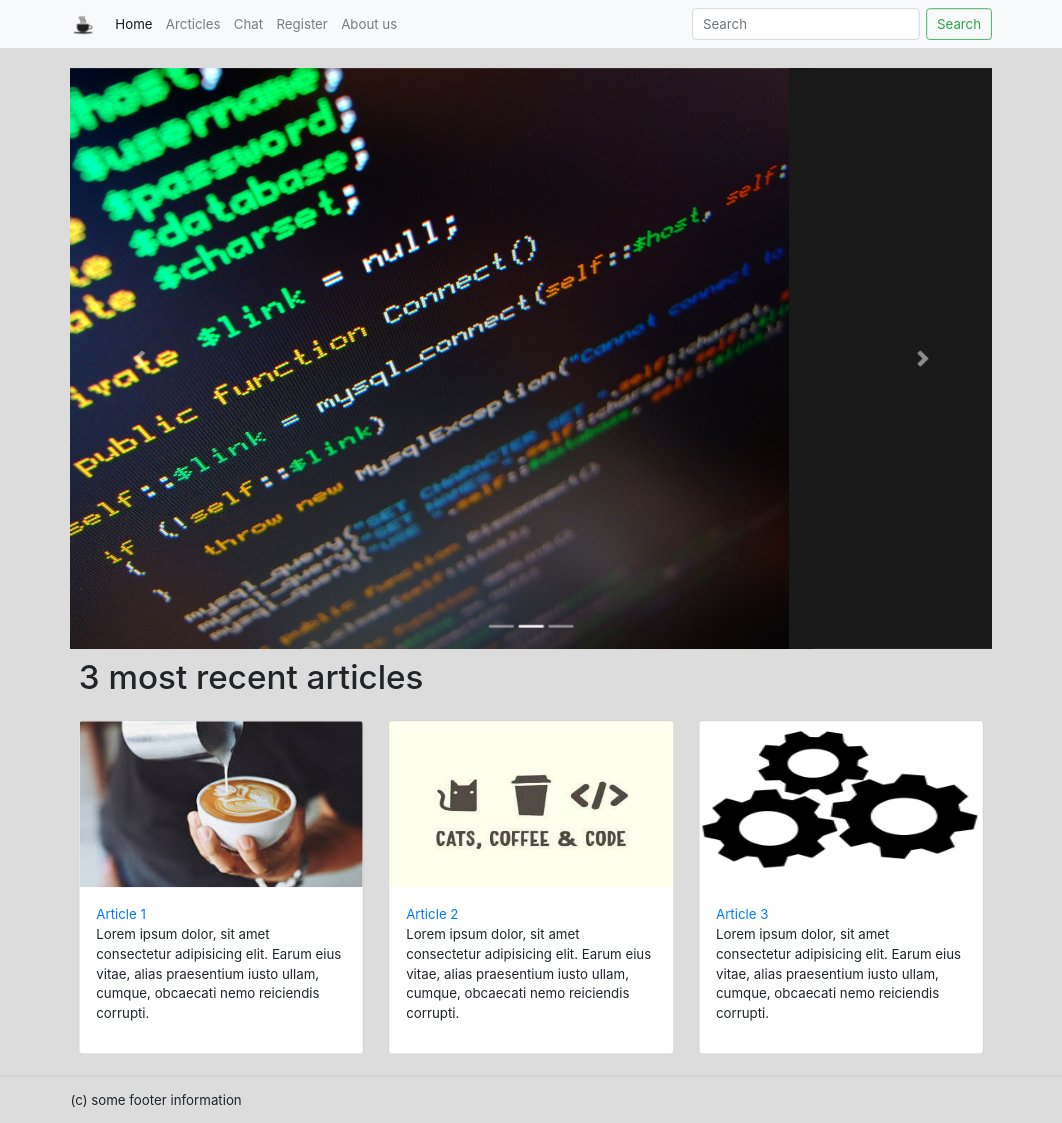
Repository: robertscirulis/galaDarbs
Page: index.html
An editor plug-in stored every save of this project. The page is shown before and after the next save, followed by the edit.
The browser window is 1280 px wide. The pictures show the whole page, at 83% of full size.

Above is the page before, as saved 2018-10-03 21:53:27.

### index.html
<!DOCTYPE html>
<html lang="en">

<head>
    <meta charset="UTF-8">
    <meta name="viewport" content="width=device-width, initial-scale=1.0">
    <meta http-equiv="X-UA-Compatible" content="ie=edge">
    <title>Coffe and cats!</title>
    <link rel="stylesheet" href="https://stackpath.bootstrapcdn.com/bootstrap/4.1.3/css/bootstrap.min.css" integrity="sha384-MCw98/SFnGE8fJT3GXwEOngsV7Zt27NXFoaoApmYm81iuXoPkFOJwJ8ERdknLPMO"
        crossorigin="anonymous">
    <link rel="stylesheet" href="css/style.css">
</head>

<body>

    <!-- Navbar -->
    <nav class="navbar navbar-expand-lg navbar-light bg-light">
        <div class="container padding">
            <a class="navbar-brand" href="index.html">
                <img src="images/Coffe cup logo.png" width="30" height="30" alt="Coffe cup logo">
            </a>

            <button class="navbar-toggler" type="button" data-toggle="collapse" data-target="#navbarSupportedContent" aria-controls="navbarSupportedContent"
                aria-expanded="false" aria-label="Toggle navigation">
                <span class="navbar-toggler-icon"></span>
            </button>

            <div class="collapse navbar-collapse" id="navbarSupportedContent">
                <ul class="navbar-nav mr-auto">
                    <li class="nav-item active">
                        <a class="nav-link" href="index.html">Home <span class="sr-only">(current)</span></a>
                    </li>
                    <li class="nav-item">
                        <a class="nav-link" href="articles.html">Arcticles</a>
                    </li>
                    <li class="nav-item">
                        <a class="nav-link" href="chat.html">Chat</a>
                    </li>
                    <li class="nav-item">
                        <a class="nav-link" href="register.html">Register</a>
                    </li>
                    <li class="nav-item">
                        <a class="nav-link" href="about.html">About us</a>
                    </li>

                </ul>
                <form class="form-inline my-2 my-lg-0">
                    <input class="form-control mr-sm-2" type="search" placeholder="Search" aria-label="Search">
                    <button class="btn btn-outline-success my-2 my-sm-0" type="submit">Search</button>
                </form>
            </div>
        </div>
    </nav>

    <br>

    <!-- Image carousel -->
    <div class="container padding">
        <div id="carouselExampleIndicators" class="carousel slide" data-ride="carousel">
            <ol class="carousel-indicators">
                <li data-target="#carouselExampleIndicators" data-slide-to="0" class="active"></li>
                <li data-target="#carouselExampleIndicators" data-slide-to="1"></li>
                <li data-target="#carouselExampleIndicators" data-slide-to="2"></li>
            </ol>
            <div class="carousel-inner">
                <div class="carousel-item active">
                    <img class="d-block" height="700px" width="1140px" src="images/Slider1.png" alt="First slide">
                </div>
                <div class="carousel-item">
                    <img class="d-block" height="700px" width="1140px" src="images/Slider2.png" alt="Second slide">
                </div>
                <div class="carousel-item">
                    <img class="d-block" height="700px" width="1140px" src="images/Slider3.png" alt="Third slide">
                </div>
            </div>
            <a class="carousel-control-prev" href="#carouselExampleIndicators" role="button" data-slide="prev">
                <span class="carousel-control-prev-icon" aria-hidden="true"></span>
                <span class="sr-only">Previous</span>
            </a>
            <a class="carousel-control-next" href="#carouselExampleIndicators" role="button" data-slide="next">
                <span class="carousel-control-next-icon" aria-hidden="true"></span>
                <span class="sr-only">Next</span>
            </a>
        </div>
    </div>

    <!-- Articles -->
    <div class="container padding">
        <div class="row articles">
            <div class="col-12">
                <h1>3 most recent articles</h1>
            </div>
        </div>
    </div>
    <div class="container padding">
        <div class="row padding">
            <div class="col-md-4">
                <div class="card">
                    <img class="card-img-top" src="images/article1.jpg" height="200px" width="200px" alt="coffee_is_life">
                    <div class="card-body">
                        <a href="article1.html">Article 1</a>
                        <p>Lorem ipsum dolor, sit amet consectetur adipisicing elit. Earum eius vitae, alias praesentium
                            iusto ullam, cumque, obcaecati nemo reiciendis corrupti.</p>
                    </div>
                </div>
            </div>
            <div class="col-md-4">
                <div class="card">
                    <img class="card-img-top" src="images/article2.jpg" height="200px" width="200px" alt="coffe_equals_code">
                    <div class="card-body">
                        <a href="article2.html">Article 2</a>
                        <p>Lorem ipsum dolor, sit amet consectetur adipisicing elit. Earum eius vitae, alias praesentium
                            iusto ullam, cumque, obcaecati nemo reiciendis corrupti.</p>
                    </div>
                </div>
            </div>
            <div class="col-md-4">
                <div class="card">
                    <img class="card-img-top" src="images/article3.jpg" height="200px" width="200px" alt="gears">
                    <div class="card-body">
                        <a href="article3.html">Article 3</a>
                        <p>Lorem ipsum dolor, sit amet consectetur adipisicing elit. Earum eius vitae, alias praesentium
                            iusto ullam, cumque, obcaecati nemo reiciendis corrupti.</p>
                    </div>
                </div>
            </div>
        </div>
    </div>

    <!-- Footer -->
    <hr>
    <footer>
        <div class="container padding">
            <p>(c) some footer information</p>
        </div>
    </footer>

    <script src="https://code.jquery.com/jquery-3.3.1.slim.min.js" integrity="sha384-q8i/X+965DzO0rT7abK41JStQIAqVgRVzpbzo5smXKp4YfRvH+8abtTE1Pi6jizo"
        crossorigin="anonymous"></script>
    <script src="https://cdnjs.cloudflare.com/ajax/libs/popper.js/1.14.3/umd/popper.min.js" integrity="sha384-ZMP7rVo3mIykV+2+9J3UJ46jBk0WLaUAdn689aCwoqbBJiSnjAK/l8WvCWPIPm49"
        crossorigin="anonymous"></script>
    <script src="https://stackpath.bootstrapcdn.com/bootstrap/4.1.3/js/bootstrap.min.js" integrity="sha384-ChfqqxuZUCnJSK3+MXmPNIyE6ZbWh2IMqE241rYiqJxyMiZ6OW/JmZQ5stwEULTy"
        crossorigin="anonymous"></script>
    <script src="js/main.js" type="text/javascript"></script>
</body>

</html>

### css/style.css
body {
    background-color: gainsboro;
}

.reg-box {
    padding: 10px;
}

.row {
    padding: 10px;
}

### js/main.js
// function validateForm(){
//     var x = document.forms["register"]["fname"].value;
//     if (x == ""){
//         alert("Name must be filled out");
//         return false;
//     }
// }

function regSuc(){
    var x = document.getElementsByClassName(".reg-box").value;
    if (x == ""){
        alert("Registration successful!");
    }

}

After the next save:
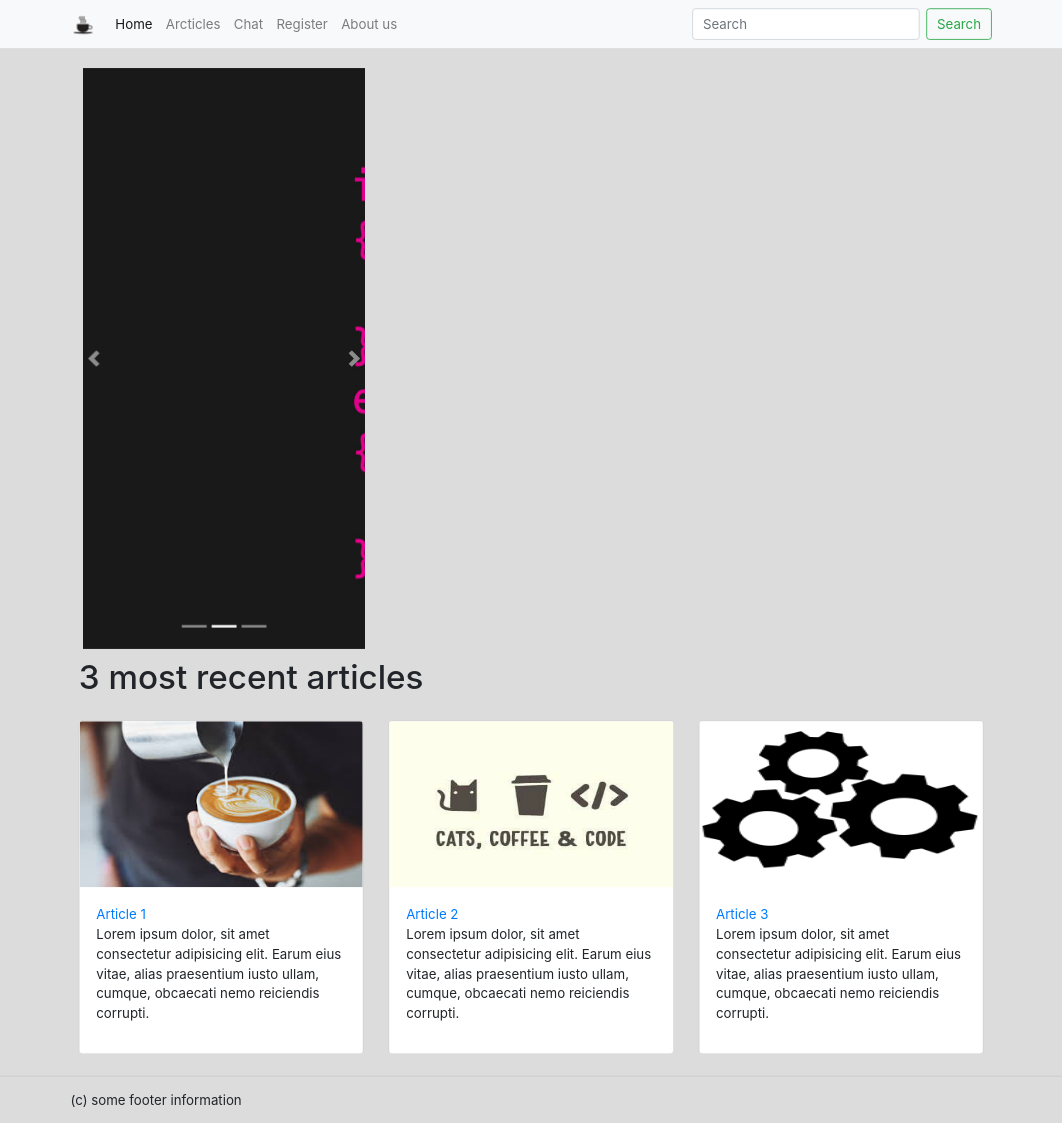
Saved 15 min 34 s later.
--- a/index.html
+++ b/index.html
@@ -56,7 +56,7 @@
 
     <!-- Image carousel -->
     <div class="container padding">
-        <div id="carouselExampleIndicators" class="carousel slide" data-ride="carousel">
+        <div id="carouselExampleIndicators" class="col-xl-4 col-sm-6" class="carousel slide" data-ride="carousel">
             <ol class="carousel-indicators">
                 <li data-target="#carouselExampleIndicators" data-slide-to="0" class="active"></li>
                 <li data-target="#carouselExampleIndicators" data-slide-to="1"></li>

After the save that followed:
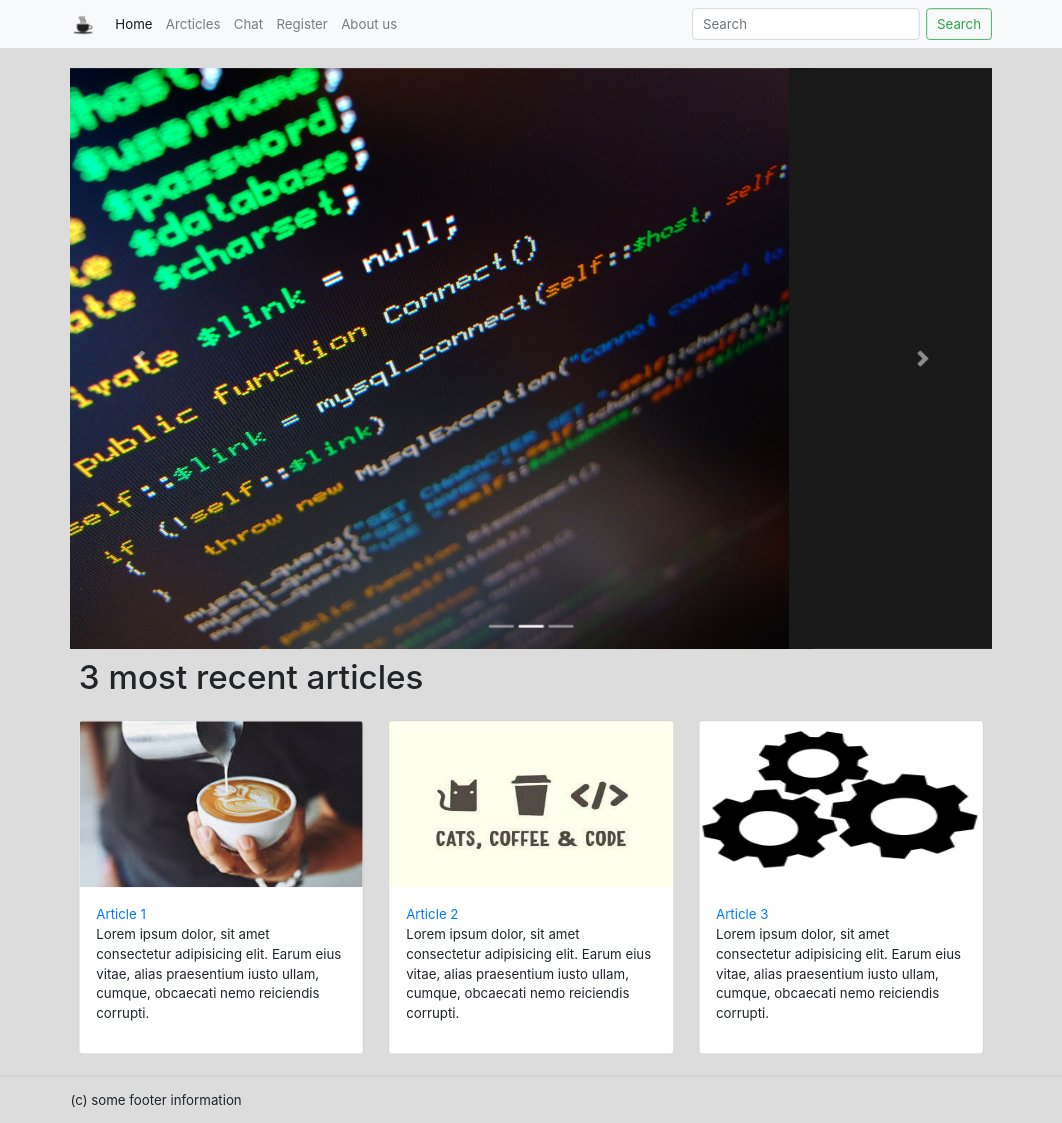
Saved 21 s later.
--- a/index.html
+++ b/index.html
@@ -56,7 +56,7 @@
 
     <!-- Image carousel -->
     <div class="container padding">
-        <div id="carouselExampleIndicators" class="col-xl-4 col-sm-6" class="carousel slide" data-ride="carousel">
+        <div id="carouselExampleIndicators"  class="carousel slide" data-ride="carousel">
             <ol class="carousel-indicators">
                 <li data-target="#carouselExampleIndicators" data-slide-to="0" class="active"></li>
                 <li data-target="#carouselExampleIndicators" data-slide-to="1"></li>
